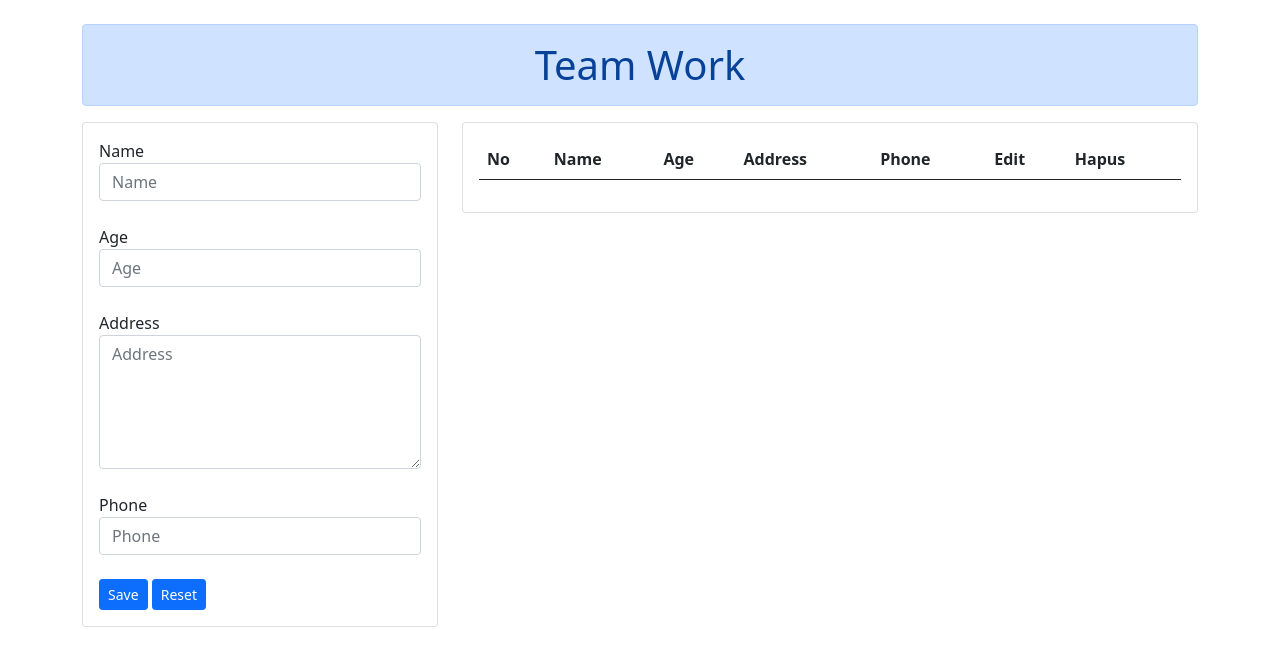
Repository: MENGSRUN/crud-html
Page: index.html
These files come from the project's save history. The page is drawn as it stood at one moment and after the next save; the edit follows.
The browser window is 1280 px wide. The pictures show the whole page.

Above is the page before, as saved 2023-05-11 15:08:07.

### index.html
<!DOCTYPE html>
<html lang="en">
  <head>
    <meta charset="UTF-8" />
    <meta name="viewport" content="width=device-width, initial-scale=1.0" />
    <meta http-equiv="X-UA-Compatible" content="ie=edge" />
    <meta name="Description" content="Enter your description here" />
    <link
      rel="stylesheet"
      href="https://cdnjs.cloudflare.com/ajax/libs/twitter-bootstrap/5.1.0/css/bootstrap.min.css"
    />
    <link
      rel="stylesheet"
      href="https://cdnjs.cloudflare.com/ajax/libs/font-awesome/5.15.4/css/all.min.css"
    />
  </head>
  <body>
    <div class="container mt-4">
        <div class="row">
            <div class="col-lg-12">
                <h1 class="alert alert-primary text-center">
                    Team Work
                </h1>
            </div>
            <div class="col-lg-4">
                <div class="card">
                    <div class="card-body">
                        <form id="form">
                            <input type="hidden" name="id" id="id">
                            <label for="">Name</label>
                            <input type="text" placeholder="Name" class="form-control" name="name" id="name" required>
                            <br>
                            <label for="">Age</label>
                            <input type="number" placeholder="Age" class="form-control" name="age" id="age" required>
                            <br>
                            <label for="">Address</label>
                            <textarea name="address" placeholder="Address" id="address" cols="30" rows="5" required class="form-control"></textarea>
                            <br>
                            <label for="">Phone</label>
                            <input type="text" placeholder="Phone" class="form-control" id="phone" name="phone" required>
                            <br>
                            <button class="btn btn-sm btn-primary" type="button" onclick="save()">Save</button>
                            <button class="btn btn-sm btn-primary" type="button" onclick="clearData()">Reset</button>
                        </form>
                    </div>
                </div>
            </div>
            <div class="col-lg-8">
                <div class="card">
                    <div class="card-body">
                        <div class="table-responsive">
                            <table id="datatable" class="table table-striped">
                                <thead>
                                    <tr>
                                        <th>No</th>
                                        <th>Name</th>
                                        <th>Age</th>
                                        <th>Address</th>
                                        <th>Phone</th>
                                        <th>Edit</th>
                                        <th>Hapus</th>
                                    </tr>
                                </thead>
                                <tbody id="table">

                                </tbody>
                            </table>
                        </div>
                    </div>
                </div>
            </div>
        </div>
    </div>
    <script src="https://cdnjs.cloudflare.com/ajax/libs/popper.js/2.9.2/umd/popper.min.js"></script>
    <script src="https://cdnjs.cloudflare.com/ajax/libs/twitter-bootstrap/5.1.0/js/bootstrap.min.js"></script>
   <script src="./JS/data.js"></script>
   <script src="./JS/find.js"></script>
   <script src="./JS/remove.js"></script>
   <script src="./JS/save.js"></script>
    <script>
        allData()
    </script>
    <script>
        function clearData(){
            document.getElementById('form').reset()
            document.getElementById('id').value = ""
        }
    </script>
  </body>
</html>

### JS/data.js
    //method to get all data
    function allData(){

        table.innerHTML = ``
        //get data from localstorage and store to contaclist array
        //we must to use JSON.parse, because data as string, we need convert to array
        contactList = JSON.parse(localStorage.getItem('listItem')) ?? []

        //looping data and show data in table
        contactList.forEach(function (value, i){

            var table = document.getElementById('table')

            table.innerHTML += `
                <tr>
                    <td>${i+1}</td>
                    <td>${value.name}</td>
                    <td>${value.age}</td>
                    <td>${value.address}</td>
                    <td>${value.phone}</td>
                    <td>
                        <button class="btn btn-sm btn-success" onclick="find(${value.id})">
                            <i class="fa fa-edit"></i>
                        </button>
                    </td>
                    <td>
                        <button class="btn btn-sm btn-danger" onclick="removeData(${value.id})">
                            <i class="fa fa-trash"></i>
                        </button>
                    </td>
                </tr>`
        })
    }

### JS/find.js
//method to get detail personal data based on id
function find(id){
    //get data from localstorage and store to contaclist array
    //we must to use JSON.parse, because data as string, we need convert to array
    contactList = JSON.parse(localStorage.getItem('listItem')) ?? []

    contactList.forEach(function (value){
        if(value.id == id){
           document.getElementById('id').value = value.id
           document.getElementById('name').value = value.name
           document.getElementById('age').value = value.age
           document.getElementById('address').value = value.address
           document.getElementById('phone').value = value.phone
        }
    })
}

### JS/remove.js
function removeData(id){
    //get data from localstorage and store to contaclist array
    //we must to use JSON.parse, because data as string, we need convert to array
    contactList = JSON.parse(localStorage.getItem('listItem')) ?? []

    contactList = contactList.filter(function(value){
        return value.id != id;
    });

    // save array into localstorage
    localStorage.setItem('listItem', JSON.stringify(contactList))

    //get data again
    allData()
}

### JS/save.js


//method to save data into localstorage
function save(){
    //get data from localstorage and store to contaclist array
    //we must to use JSON.parse, because data as string, we need convert to array
    contactList = JSON.parse(localStorage.getItem('listItem')) ?? []

    //get last array to get last id
    //and store it into variable id
    var id
    contactList.length != 0 ? contactList.findLast((item) => id = item.id) : id = 0

    if(document.getElementById('id').value){

        //edit contactlist array based on value
        contactList.forEach(value => {
            if(document.getElementById('id').value == value.id){
                value.name      = document.getElementById('name').value,
                value.age       = document.getElementById('age').value,
                value.address   = document.getElementById('address').value,
                value.phone     = document.getElementById('phone').value
            }
        });

        //remove hidden input
        document.getElementById('id').value = ''

    }else{

        //save
        //get data from form
        var item = {
            id        : id + 1,
            name      : document.getElementById('name').value,
            age       : document.getElementById('age').value,
            address   : document.getElementById('address').value,
            phone     : document.getElementById('phone').value
        }

        //add item data to array contactlist
        contactList.push(item)
    }

    // save array into localstorage
    localStorage.setItem('listItem', JSON.stringify(contactList))

    //update table list
    allData()

    //remove form data
    document.getElementById('form').reset()
}

After the next save:
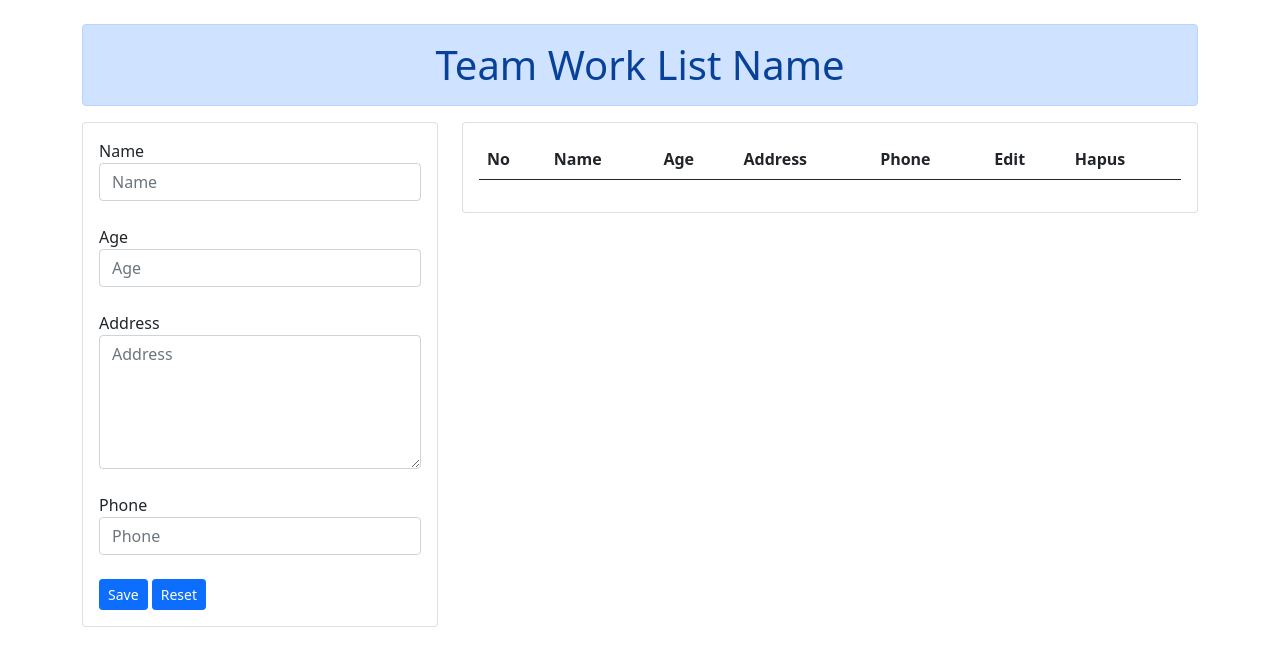
Saved 5 s later.
--- a/index.html
+++ b/index.html
@@ -19,7 +19,7 @@
         <div class="row">
             <div class="col-lg-12">
                 <h1 class="alert alert-primary text-center">
-                    Team Work
+                    Team Work List Name
                 </h1>
             </div>
             <div class="col-lg-4">
